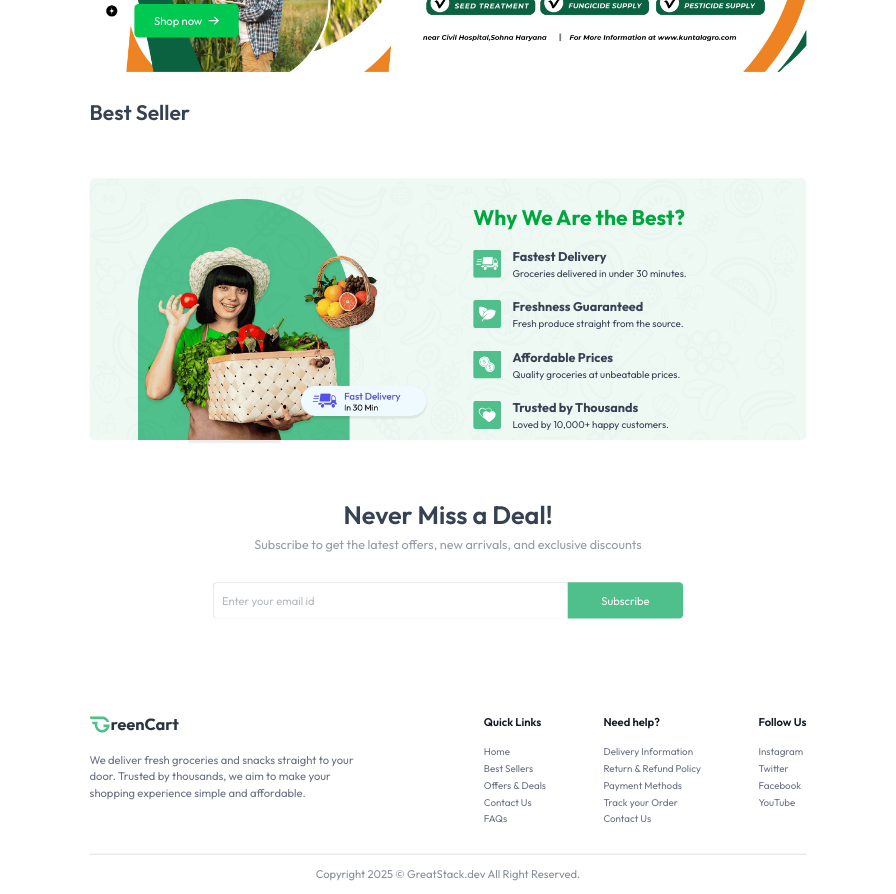
Repository: deepak445566/agro
Page: / (app in client/)
An editor plug-in stored every save of this project. The page is shown before and after the next save, followed by the edit.
The browser window is 1280 px wide. The pictures show the part of the page from y = 424 to 2344 px (the page is 1701 px tall before and 2739 px after), at 70% of full size.
The page's requests for data from a server got no answer. Some web fonts or font styles are not loaded; a fallback is used. The project was rebuilt for these pictures with package versions that can differ from the ones it lists, and the page was loaded fresh each time. No one was signed in, and anything a server would have sent is missing. Also part of the build but not shown: client/vite.config.js, client/src/components/ProductCard.jsx, client/src/components/Login.jsx, client/src/pages/AllProduct.jsx, client/src/pages/Productcato.jsx, client/src/pages/ProductDetail.jsx, client/src/pages/Cart.jsx, client/src/components/Addaddress.jsx and 7 more.

Above is the page before, as saved 2025-12-14 14:32:14.

After the next save:
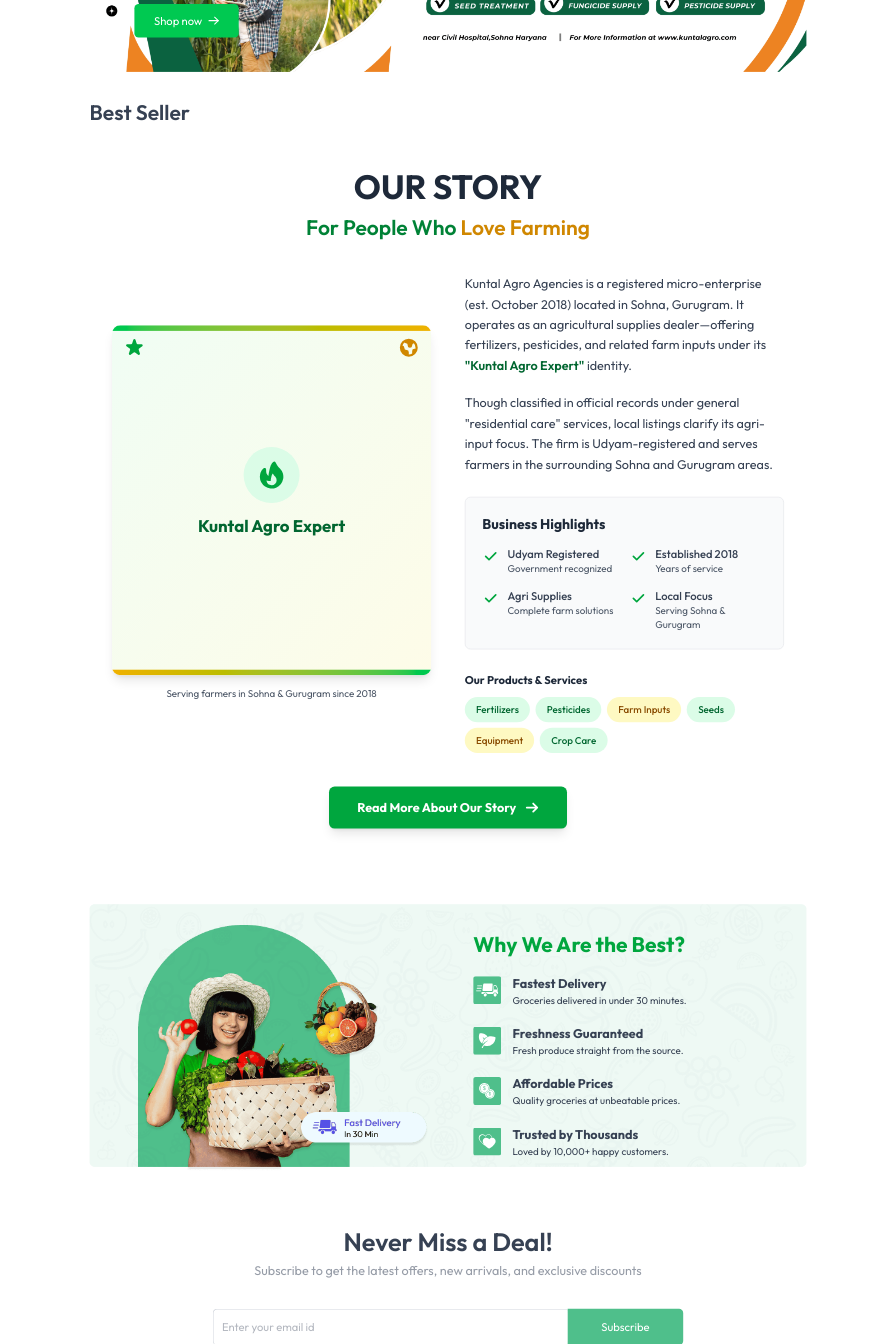
Saved 14 s later.
--- a/client/src/pages/Home.jsx
+++ b/client/src/pages/Home.jsx
@@ -5,6 +5,7 @@
 import BestSeller from '../components/BestSeller'
 import BottomBanner from '../components/BottomBanner'
 import NewsLetter from '../components/NewsLetter'
+import OurStory from '../components/OurStory'
 
 export default function() {
   return (
@@ -13,6 +14,7 @@
     <MainBanner/>
 
     <BestSeller/>
+    <OurStory/>
     <BottomBanner/>
     <NewsLetter/>
 
